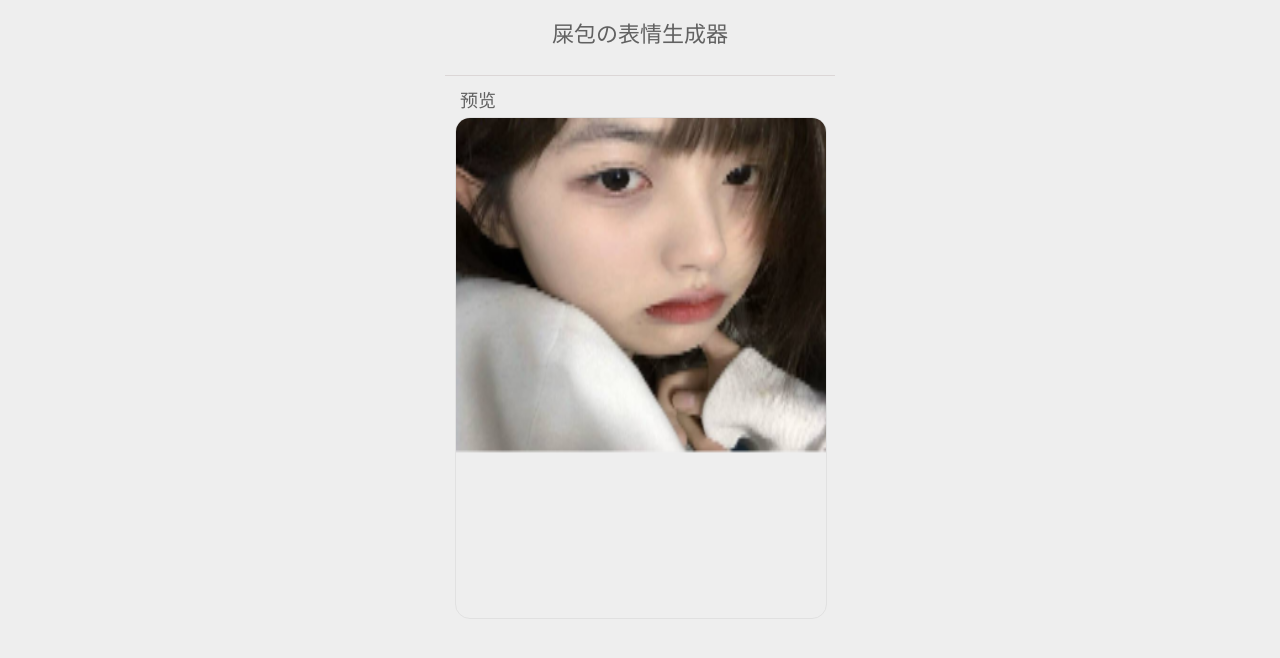
Repository: long-zuyang/shibao
Page: /
These files come from the project's save history. The page is drawn as it stood at one moment and after a run of saves; the edit follows.
The browser window is 1280 px wide. The pictures show the whole page.
The project was rebuilt for these pictures with package versions that can differ from the ones it lists, and the page was loaded fresh each time. Also part of the build but not shown: vite.config.ts.

Above is the page before, as saved 2023-06-29 21:12:51.

After the next 2 saves:
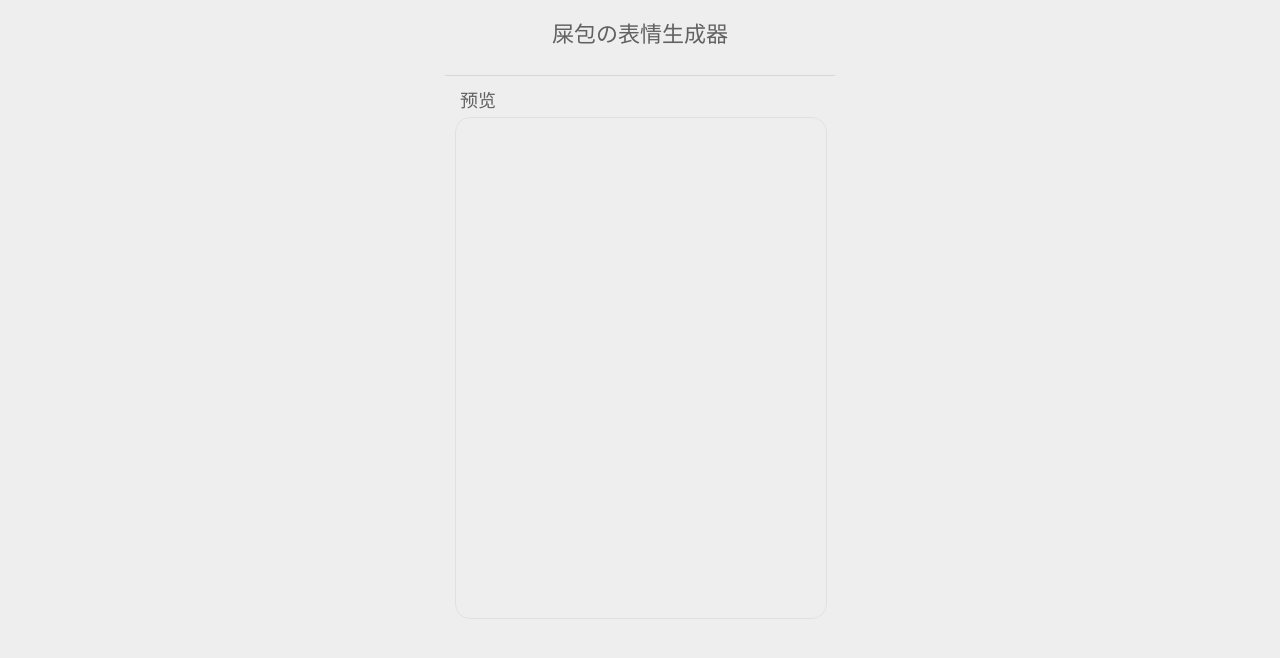
Console error: ReferenceError: img is not defined
The 2 saves are shown as one change because they came seconds apart.
The last was saved 3 min 25 s later.
--- a/src/components/CanvasDraw.tsx
+++ b/src/components/CanvasDraw.tsx
@@ -18,8 +18,14 @@
 
     // 图片加载完成后绘制图片
     headImg.onload = () => {
-      const height = 100;
-      const width = 300;
+      // const height = 100;
+      // const width = 300;
+      const maxWidth = 200;
+      const maxHeight = 100;
+      const scale = Math.min(maxWidth / img.width, maxHeight / img.height);
+      const width = img.width * scale;
+      const height = img.height * scale;
+
       ctx?.drawImage(headImg, 0, 0, width, height);
     };
   }, []);

After the 3 saves that followed:
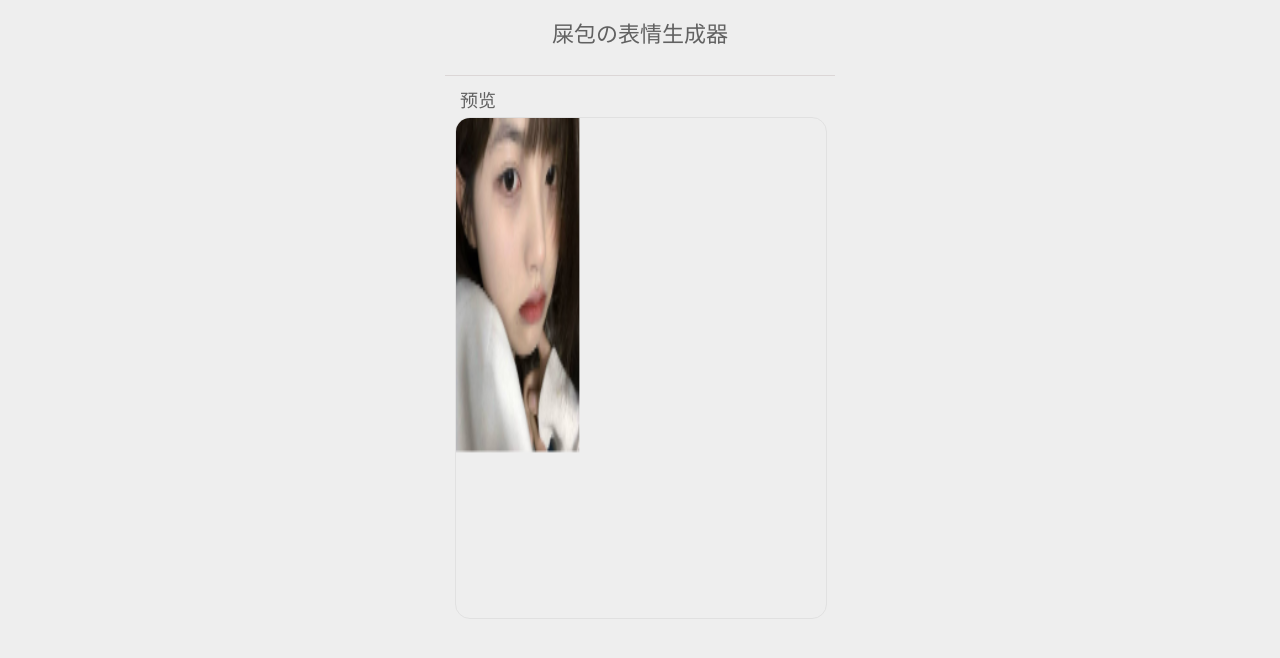
The error is gone.
The 3 saves are shown as one change because they came seconds apart.
The last was saved 33 s later.
--- a/src/components/CanvasDraw.tsx
+++ b/src/components/CanvasDraw.tsx
@@ -22,9 +22,9 @@
       // const width = 300;
       const maxWidth = 200;
       const maxHeight = 100;
-      const scale = Math.min(maxWidth / img.width, maxHeight / img.height);
-      const width = img.width * scale;
-      const height = img.height * scale;
+      const scale = Math.min(maxWidth / headImg.width, maxHeight / headImg.height);
+      const width = headImg.width * scale;
+      const height = headImg.height * scale;
 
       ctx?.drawImage(headImg, 0, 0, width, height);
     };
